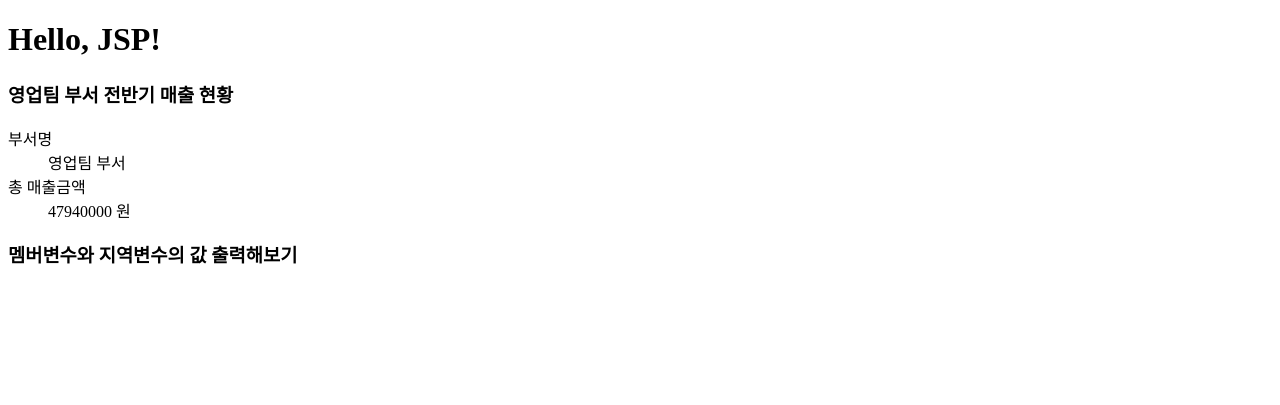
Repository: onuo77/HTA
Page: http://localhost/sample/hello.jsp
The author's editor kept a copy of each file at every save. The page is drawn from the files as they stood at one save, then again after the next save.
The browser window is 1280 px wide. The pictures show the whole page.
The page is served by Tomcat 9.

Above is the page before, as saved 2021-05-18 07:39:59.

After the next save:
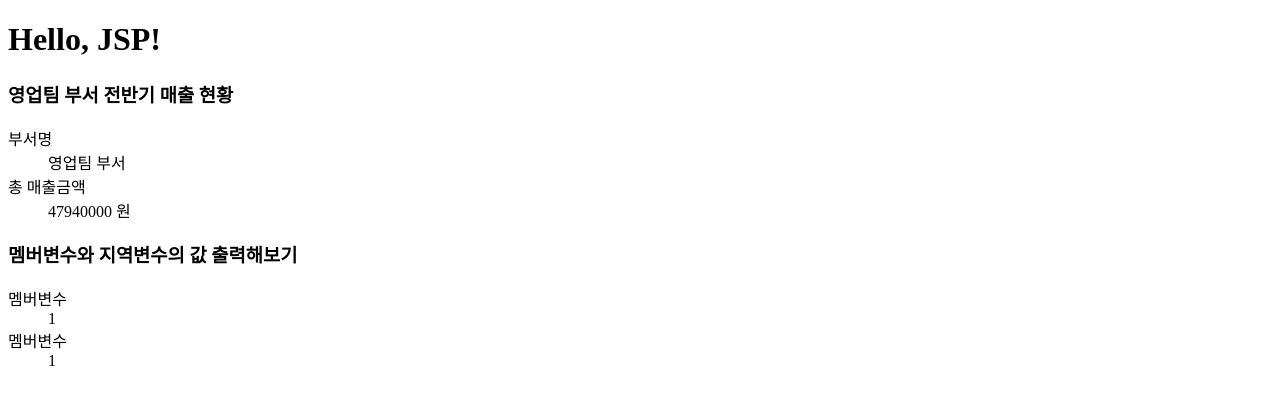
Saved 40 s later.
--- a/java-web/sample/src/main/webapp/hello.jsp
+++ b/java-web/sample/src/main/webapp/hello.jsp
@@ -74,5 +74,9 @@
 	</dl>
 
 	<h3>멤버변수와 지역변수의 값 출력해보기</h3>
+	<dl>
+		<dt>멤버변수</dt><dd><%=x %></dd>
+		<dt>멤버변수</dt><dd><%=x %></dd>
+	</dl>
 </body>
 </html>
